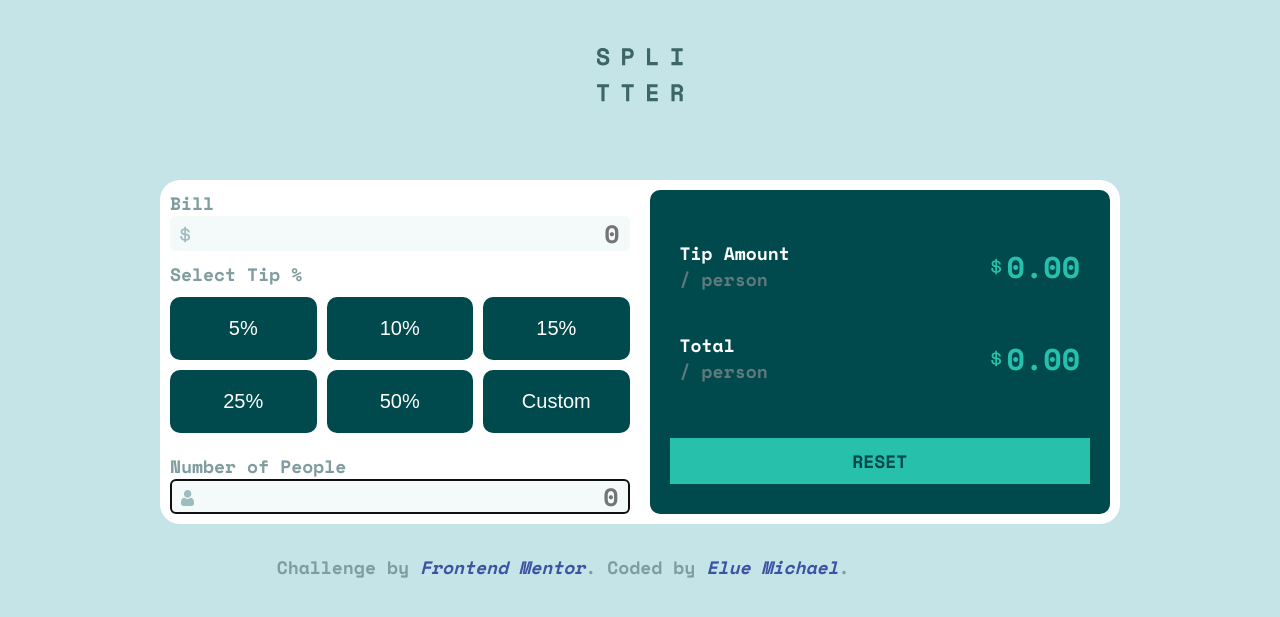
Repository: MeekyBerry/Frontend-Mentor-Challenges
Page: tip-calculator-app/index.html
The author's editor kept a copy of each file at every save. The page is drawn from the files as they stood at one save, then again after the next save.
The browser window is 1280 px wide. The pictures show the whole page.
The first visible `.people-input` has the focus.

Above is the page before, as saved 2023-03-28 05:10:03.

### tip-calculator-app/index.html
<!DOCTYPE html>
<html lang="en">

<head>
  <meta charset="UTF-8">
  <meta name="viewport" content="width=device-width, initial-scale=1.0">
  <link rel="icon" type="image/png" sizes="32x32" href="./css/images/favicon-32x32.png">
  <title> Tip calculator app</title>
  <link rel="stylesheet" href="./css/style.css">
  <script src="./script.js" defer></script>
</head>

<body>
  <div class="heading-logo">
    <img src="./css/images/logo.svg" alt="Logo" class="logo">
  </div>

  <form id="form" class="background">
    <div class="first-container">
      <div class="bill-container">
        <label for="bill">Bill</label>
        <input type="number" id="bill" placeholder="0" class="bill-input">
      </div>

      <div class="tip">
        <div>Select Tip %</div>
        <div class="percent-container">
          <button type="button" class="percent five">5%</button>
          <button type="button" class="percent ten">10%</button>
          <button type="button" class="percent fiftheen">15%</button>
          <button type="button" class="percent twenty-five">25%</button>
          <button type="button" class="percent fifty">50%</button>
          <button type="button" class="percent custom" id="cst-btn">Custom</button>
        </div>
      </div <div>
        <div class="people-validate">
      <label for="number">Number of People</label>
      <span id="validate" class="people-zero">Can't be zero</span>
        </div>
      <div class="icon-box">
        <input type="number" id="people" class="people-input" placeholder="0" min="0">
      </div>
    </div>
    </div>

    <div class="second-container">
      <div class="amount">
        <p>Tip Amount <span class="person">/ person</span></p>
        <div class="digit">
          <svg xmlns="http://www.w3.org/2000/svg" width="11" height="17">
            <path fill="var(--Strong-cyan)"
              d="M6.016 16.328v-1.464c1.232-.08 2.22-.444 2.964-1.092.744-.648 1.116-1.508 1.116-2.58v-.144c0-.992-.348-1.772-1.044-2.34-.696-.568-1.708-.932-3.036-1.092V4.184c.56.144 1.012.4 1.356.768.344.368.516.816.516 1.344v.288h1.824v-.432c0-.448-.088-.876-.264-1.284a3.783 3.783 0 00-.744-1.116A4.251 4.251 0 007.54 2.9a5.324 5.324 0 00-1.524-.492V.872H4.288V2.36a5.532 5.532 0 00-1.416.324c-.448.168-.84.392-1.176.672-.336.28-.604.616-.804 1.008-.2.392-.3.844-.3 1.356v.144c0 .96.316 1.708.948 2.244.632.536 1.548.884 2.748 1.044v3.912c-.704-.16-1.248-.472-1.632-.936-.384-.464-.576-1.08-.576-1.848v-.288H.256v.576c0 .464.08.924.24 1.38.16.456.404.88.732 1.272.328.392.744.728 1.248 1.008s1.108.476 1.812.588v1.512h1.728zM4.288 7.424c-.688-.128-1.164-.332-1.428-.612-.264-.28-.396-.644-.396-1.092 0-.464.176-.832.528-1.104.352-.272.784-.448 1.296-.528v3.336zm1.728 5.712V9.344c.768.128 1.328.328 1.68.6.352.272.528.688.528 1.248 0 .544-.196.984-.588 1.32-.392.336-.932.544-1.62.624z" />
          </svg>
          <span id="tip-amount" class="amount-span">0.00</span>
        </div>
      </div>

      <div class="amount">
        <p>Total <span class="person">/ person</span></p>
        <div class="digit">
          <svg xmlns="http://www.w3.org/2000/svg" width="11" height="17">
            <path fill="var(--Strong-cyan)"
              d="M6.016 16.328v-1.464c1.232-.08 2.22-.444 2.964-1.092.744-.648 1.116-1.508 1.116-2.58v-.144c0-.992-.348-1.772-1.044-2.34-.696-.568-1.708-.932-3.036-1.092V4.184c.56.144 1.012.4 1.356.768.344.368.516.816.516 1.344v.288h1.824v-.432c0-.448-.088-.876-.264-1.284a3.783 3.783 0 00-.744-1.116A4.251 4.251 0 007.54 2.9a5.324 5.324 0 00-1.524-.492V.872H4.288V2.36a5.532 5.532 0 00-1.416.324c-.448.168-.84.392-1.176.672-.336.28-.604.616-.804 1.008-.2.392-.3.844-.3 1.356v.144c0 .96.316 1.708.948 2.244.632.536 1.548.884 2.748 1.044v3.912c-.704-.16-1.248-.472-1.632-.936-.384-.464-.576-1.08-.576-1.848v-.288H.256v.576c0 .464.08.924.24 1.38.16.456.404.88.732 1.272.328.392.744.728 1.248 1.008s1.108.476 1.812.588v1.512h1.728zM4.288 7.424c-.688-.128-1.164-.332-1.428-.612-.264-.28-.396-.644-.396-1.092 0-.464.176-.832.528-1.104.352-.272.784-.448 1.296-.528v3.336zm1.728 5.712V9.344c.768.128 1.328.328 1.68.6.352.272.528.688.528 1.248 0 .544-.196.984-.588 1.32-.392.336-.932.544-1.62.624z" />
          </svg>
          <span id="total-amount" class="amount-span">0.00</span>
        </div>
      </div>
      <div class="btn-wrapper">
        <button type="reset" id="reset" class="btn">Reset</button>
      </div>
    </div>
  </form>

  <div class="attribution">
    Challenge by <a href="https://www.frontendmentor.io?ref=challenge" target="_blank">Frontend Mentor</a>.
    Coded by <a href="https://www.frontendmentor.io/profile/MeekyBerry" target="_blank">Elue Michael</a>.
  </div>
</body>

</html>

### tip-calculator-app/css/style.css
@import url("https://fonts.googleapis.com/css2?family=Space+Mono:wght@400;700&display=swap");

:root {
  /* ### Primary */
  --Strong-cyan: hsl(172, 67%, 45%);
  /* ### Neutral */
  --Very-dark-cyan: hsl(183, 100%, 15%);
  --Dark-grayish-cyan: hsl(186, 14%, 43%);
  --Grayish-cyan: hsl(184, 14%, 56%);
  --Light-grayish-cyan: hsl(185, 41%, 84%);
  --Very-light-grayish-cyan: hsl(189, 41%, 97%);
  --White: hsl(0, 0%, 100%);
  --dark-blue: hsl(228, 45%, 44%);
}

html {
  font-size: 50%;
}

*,
::before,
::after {
  margin: 0;
  padding: 0;
  box-sizing: border-box;
}

body {
  font-size: 1.8rem;
  font-family: "Space Mono", sans-serif;
  font-weight: 700;
  background-color: var(--Light-grayish-cyan);
  color: var(--Grayish-cyan);
  height: 100%;
  width: 100%;
}

.heading-logo {
  height: 15rem;
  width: 100%;
  position: relative;
}

.logo {
  position: absolute;
  top: 50%;
  left: 50%;
  transform: translate(-50%, -50%);
}

.background {
  display: flex;
  flex-direction: column;
  justify-content: space-around;
  background-color: var(--White);
  height: 80rem;
  width: 90%;
  border-radius: 2rem;
  padding: 0 2rem;
  margin: 0 auto;
}

.people-validate {
  display: flex;
  justify-content: space-between;
  align-items: center;
}

.people-zero {
  color: red;
  font-size: 1.5rem;
  font-weight: 400;
  display: none;
}

label {
  display: block;
}

.bill-input {
  display: flex;
  justify-content: space-between;
  align-items: center;
  width: 100%;
  height: 3.5rem;
  border: none;
  border-radius: .5rem;
  font-size: 2.5rem;
  font-family: "Space Mono", sans-serif;
  font-weight: 700;
  text-align: end;
  background: url(../css/images/icon-dollar.svg) no-repeat var(--Very-light-grayish-cyan) 1rem 1rem;
  padding: 0 1rem 0 3rem;
}

.bill-input:focus {
  outline-color: var(--Strong-cyan);
}

.people-input {
  display: flex;
  justify-content: space-between;
  align-items: center;
  width: 100%;
  height: 3.5rem;
  border: none;
  border-radius: .5rem;
  font-size: 2.5rem;
  font-family: "Space Mono", sans-serif;
  font-weight: 700;
  text-align: end;
  background: url(../css/images/icon-person.svg) no-repeat var(--Very-light-grayish-cyan) 1rem 1rem;
  padding: 0 1rem 0 3rem;
}

.people-input:focus {
  /* outline-color: var(--Strong-cyan); */
  border: 1px solid var(--Strong-cyan);
}

.people-input:invalid {
  border: 2px solid red;
}


/* Remove Arrows/Spinners ON INPUT */
input::-webkit-outer-spin-button,
input::-webkit-inner-spin-button {
  -webkit-appearance: none;
}

/* Firefox */
input[type="number"] {
  -moz-appearance: textfield;
}
/*
.error {
  border: 2px solid red;

} */

.tip {
  padding: 1rem 0;
}

.percent-container {
  display: grid;
  grid-template-columns: repeat(2, 1fr);
  grid-template-rows: repeat(3, 1fr);
  grid-template-areas:
    "five ten"
    "fiftheen twentyFive"
    "fifty custom";
  gap: 1rem;
  padding: 1rem 0;
}

.percent {
  background-color: var(--Very-dark-cyan);
  color: var(--White);
  text-align: center;
  padding: 2rem;
  border-radius: 1rem;
  border: none;
  font-size: 2rem;
  width: 100%;
}

.percent:active {
  background-color: var(--Strong-cyan);
  color: var(--Very-dark-cyan);
  font-weight: 700;
}

.five {
  grid-area: five;
}

.ten {
  grid-area: ten;
}

.fiftheen {
  grid-area: fiftheen;
}

.twenty-five {
  grid-area: twentyFive;
}

.fifty {
  grid-area: fifty;
}

.custom {
  grid-area: custom;
}

.custom-input {
  background-color: var(--Very-light-grayish-cyan);
  color: var(--Very-dark-cyan);
  border: none;
  border-radius: 1rem;
  padding: 0 2rem;
  font-size: 2rem;
  font-weight: 700;
  text-align: end;
  width: 100%;
  height: 100%;
}

.custom-input:focus {
  outline-color: var(--Strong-cyan);
}

.second-container {
  background-color: var(--Very-dark-cyan);
  border-radius: 1rem;
  padding: 3rem 2rem;
}

.amount {
  display: flex;
  justify-content: space-between;
  padding: 2rem 1rem;
}

p {
  color: var(--White);
}

.person {
  display: block;
  font-size: 1.8rem;
  color: var(--Dark-grayish-cyan);
}

.digit {
  display: flex;
  align-items: center;
  justify-content: center;
  gap: .5rem;
}

.amount-span {
  font-size: 3rem;
  color: var(--Strong-cyan);
}

.btn {
  width: 100%;
  padding: 1rem;
  background-color: var(--Strong-cyan);
  color: var(--Very-dark-cyan);
  border: none;
  text-transform: uppercase;
  font-size: 1.8rem;
  font-weight: 700;
  font-family: "Space Mono", sans-serif;
}

.attribution {
  font-size: 1.8rem;
  text-align: center;
  width: 88%;
}

.attribution a {
  color: var(--dark-blue);
  text-decoration: none;
  font-style: italic;
}

@media only screen and (min-width: 1000px) {
  html {
    font-size: 62.5%;
  }

  .background {
    width: 75%;
    height: 75%;
    margin: 3rem auto;
    flex-direction: row;
    gap: 2rem;
    padding: 1rem;
  }

  .first-container {
    display: flex;
    flex-direction: column;
    justify-content: space-around;
    width: 50%;
  }

  .percent-container {
    grid-template-columns: repeat(3, 1fr);
    grid-template-rows: repeat(2, 1fr);
    grid-template-areas:
      "five ten fiftheen"
      "twentyFive fifty custom";
  }

  .second-container {
    display: flex;
    flex-direction: column;
    width: 50%;
  }

  .btn-wrapper {
    margin-top: auto;
  }
}

### tip-calculator-app/script.js
// 1. Get the bill amount from the input field
const billInput = document.getElementById('bill');
// 2. Get the tip percentage from the Button array
const tipButtons = document.querySelectorAll('.percent');
// 2.1. The percentage array contains a Custom button which toggles to input field when clicked
const customButton = document.querySelector('.custom');
// 2.2. Get the custom percentage from the input field
const customInput = document.createElement('input');
// Add style class to created customInput element
customInput.classList.add('custom-input');
// 3. Get the number of people from the input field
const peopleInput = document.getElementById('people')
// 4. Calculate the tip amount per person;
const tipAmountSpan = document.getElementById('tip-amount');
// 5. Calculate the total cost per person
const totalAmountSpan = document.getElementById('total-amount');
// 6. Display the tip amount per person
const resetButton = document.getElementById('reset');
const validatePeople = document.getElementById('validate');


let bill = 0;
let tipPercentage = 0;
let customPercentage = 0;
let people = 0;

let inputPeople = false;
let error = true;

// add input validation for bill and people fields
billInput.addEventListener('input', () => {
    bill = Number(billInput.value);
    calculateTip();
});

peopleInput.addEventListener('input', () => {
    if (peopleInput.value === '0') {
        peopleInput.classList.add('error');
        validatePeople.style.display = "block"
    }
    people = Number(peopleInput.value);
    calculateTip();
});

// add event listeners for tip buttons
tipButtons.forEach(button => {
    button.addEventListener('click', () => {
        if (button.classList.contains('custom')) {
            customInput.type = 'number';
            customInput.min = 1;
            customInput.value = '';
            customInput.classList.add('custom-input');
            button.parentNode.replaceChild(customInput, button);
            customInput.focus();
        } else {
            tipPercentage = Number(button.textContent.replace('%', ''));
            calculateTip();
        }
    });
});

// add event listener for custom input
customInput.addEventListener('input', () => {
    customPercentage = Number(customInput.value);
    calculateTip();
});

// add event listener for reset button
resetButton.addEventListener('click', () => {
    billInput.value = '';
    peopleInput.value = '';
    tipAmountSpan.textContent = '0.00';
    totalAmountSpan.textContent = '0.00';
    bill = 0;
    tipPercentage = 0;
    customPercentage = 0
    people = 0;
    customInput.parentNode.replaceChild(customButton, customInput);
});

// calculate tip and total amount
const calculateTip = () => {
    if (people > 0) {
        inputPeople = true;
        let tip = (bill * (tipPercentage + customPercentage)) / 100;
        let total = bill + tip;
        let tipPerPerson = tip / people;
        let totalPerPerson = total / people;
        tipAmountSpan.textContent = `${tipPerPerson.toFixed(2)}`;
        totalAmountSpan.textContent = `${totalPerPerson.toFixed(2)}`;
    }
};







// const BILL = document.querySelector('.bill-input');
// const TIP_PERCENT = document.querySelectorAll('.percent');
// const PEOPLE = document.querySelector('.number-input');
// const TOTAL_BILL = document.getElementById('total');
// const TIP_AMOUNT = document.getElementById('tip-amount');
// const CUSTOM = document.querySelector('.custom');
// const CUSTOM_BUTTON = document.getElementById('cst-btn')
// const CUSTOM_INPUT = document.getElementById('cst-input')
// const RESET = document.getElementById('reset');

// let billValue;
// let person;
// let customValue;
// let custom = 0;

// let myArray = [5, 10, 15, 25, 50, custom];
// let tipAmount = 0;

// let error = true;
// let inputPeople = false;

// const calculateHandler = () => {
//     if (inputPeople) {
//         let amount = (billValue + tipAmount) / person;
//         TOTAL_BILL.textContent = `${amount.toFixed(2)}`;
//     }
// };

// BILL.addEventListener('change', () => {
//     error = !error;
//     billValue = parseFloat(BILL.value);
//     TIP_PERCENT.forEach((el, idx) => {
//         let percent = myArray[idx];
//         el.addEventListener('click', (e) => {
//             let target = e.target;
//             if (target.classList.contains('percent')) {
//                 let percent = parseFloat(target.textContent);
//                 if (isNaN(percent)) {
//                     percent = customValue;
//                 } else {
//                     customValue = 0;
//                 }
//                 // if (CUSTOM.firstElementChild === CUSTOM_INPUT && idx === 5) {
//                 //     CUSTOM_INPUT.addEventListener('change', () => {
//                 //         customValue = parseFloat(CUSTOM_INPUT.value);
//                 //         tipAmount = CUSTOM_INPUT.value * (percent / 100);
//                 //         TIP_AMOUNT.textContent = `${tipAmount.toFixed(2)}`;
//                 //         calculateHandler();
//                 //     })
//                 // }
//                 tipAmount = billValue * (percent / 100);
//                 TIP_AMOUNT.textContent = `${tipAmount.toFixed(2)}`;
//                 calculateHandler();
//             }
//         });
//     });
// });


//     // billValue = +BILL.value;
//     // TIP_PERCENT.forEach((el, idx) => {
//     //     let percent = myArray[idx];
//     //     el.addEventListener('click', () => {
//     //         if (CUSTOM.firstElementChild === CUSTOM_INPUT && idx === 5) {
//     //             CUSTOM_INPUT.addEventListener('change', () => {
//     //                 customValue = +CUSTOM_INPUT.value;
//     //                 tipAmount = CUSTOM_INPUT.value * (+percent / 100);
//     //                 TIP_AMOUNT.textContent = `${tipAmount.toFixed(2)}`;
//     //                 calculateHandler();
//     //             })
//     //         }
//     //         tipAmount = BILL.value * (+percent / 100);
//     //         TIP_AMOUNT.textContent = `${tipAmount}`;
//     //         calculateHandler();
//     //     });
//     // });

// // TIP_PERCENT.addEventListener('click', (e) => {
// //     let target = e.target;
// //     if (target.classList.contains('percent')) {
// //       let percent = parseFloat(target.textContent);
// //       if (isNaN(percent)) {
// //         percent = customValue;
// //       } else {
// //         customValue = 0;
// //       }
// //       tipAmount = billValue * (percent / 100);
// //       TIP_AMOUNT.textContent = `${tipAmount.toFixed(2)}`;
// //       calculateHandler();
// //     }
// //   });


// PEOPLE.addEventListener('input', () => {
//     // inputPeople = !inputPeople;
//     // person = +PEOPLE.value;
//     // if (!error) {
//     //     calculateHandler();
//     // }
//  inputPeople = true;
//   person = parseFloat(PEOPLE.value);
//   if (!error && person > 0) {
//     calculateHandler();
//   } else {
//     TOTAL_BILL.textContent = '0.00';
//   }
// });

// CUSTOM.addEventListener('click', () => {
//     // if (CUSTOM.firstElementChild === CUSTOM_BUTTON) {
//     //     CUSTOM.innerHTML = `<input type="number" id="cst-input" class="percent cst" />`
//     // }
//     if (CUSTOM.firstElementChild === CUSTOM_BUTTON) {
//         // CUSTOM.innerHTML = `<input type="number" id="cst-input" class="percent cst" />`
//         CUSTOM.innerHTML = `<input type="number" class="percent cst" />`;
//         CUSTOM_INPUT.addEventListener('change', () => {
//           customValue = parseFloat(CUSTOM_INPUT.value);
//           TIP_PERCENT.lastElementChild.textContent = `${customValue}%`;
//           tipAmount = billValue * (customValue / 100);
//           TIP_AMOUNT.textContent = `${tipAmount.toFixed(2)}`;
//           calculateHandler();

//         });
//       }
// })

// RESET.addEventListener('click', () => {
//     // BILL.value = '';
//     // PEOPLE.value = '';
//     // TIP_AMOUNT.textContent = '0.00';
//     // TOTAL_BILL.textContent = '0.00';
//     CUSTOM.innerHTML = `<button id="cst-btn" class="percent cst">Custom</button>`;
//     BILL.value = '';
//     PEOPLE.value = '';
//     TIP_AMOUNT.textContent = '0.00';
//     TOTAL_BILL.textContent = '0.00';
//     inputPeople = false;
//     customValue = 0;
//     tipAmount = 0;
// });

After the next save:
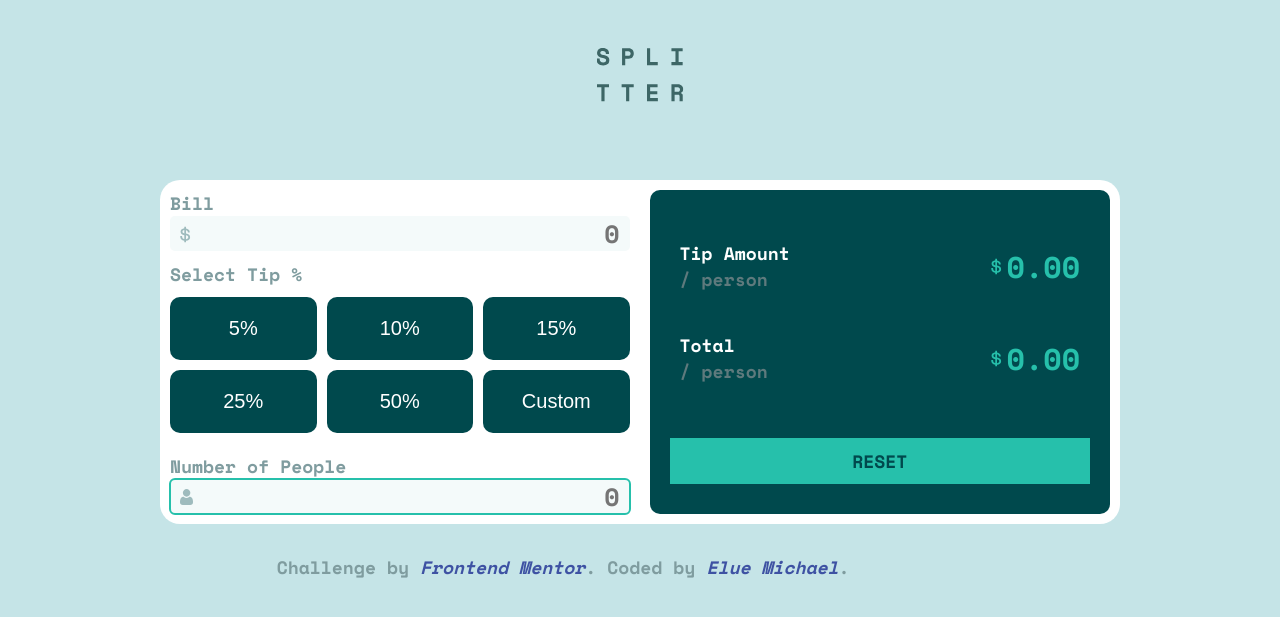
Saved 25 s later.
--- a/tip-calculator-app/css/style.css
+++ b/tip-calculator-app/css/style.css
@@ -114,8 +114,7 @@ label {
 }
 
 .people-input:focus {
-  /* outline-color: var(--Strong-cyan); */
-  border: 1px solid var(--Strong-cyan);
+  outline-color: var(--Strong-cyan);
 }
 
 .people-input:invalid {
